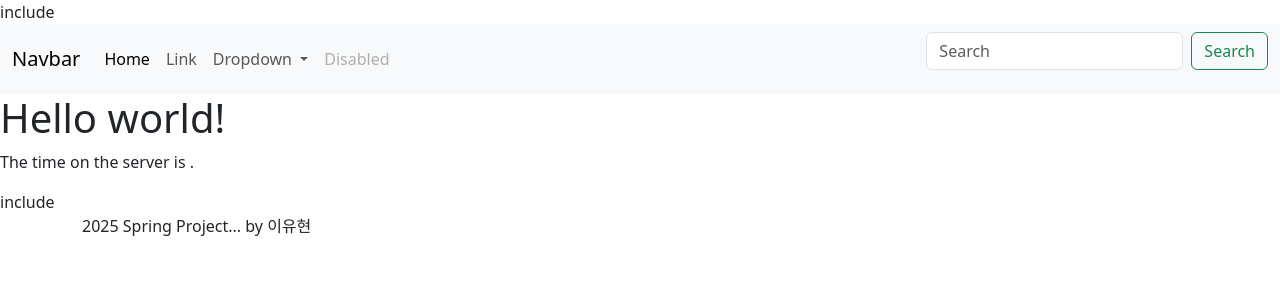
Repository: LeeYouHyeon/6.Spring
Page: http://localhost/spring_project/WEB-INF/views/index.jsp
An editor plug-in stored every save of this project. The page is shown before and after the next save, followed by the edit.
The browser window is 1280 px wide. The pictures show the whole page.
The page is served by Tomcat 9. Nobody is signed in. The template is opened directly, without the code that normally fills it, so the values that code supplies are empty.

Above is the page before, as saved 2025-05-30 06:00:39.

After the next save:
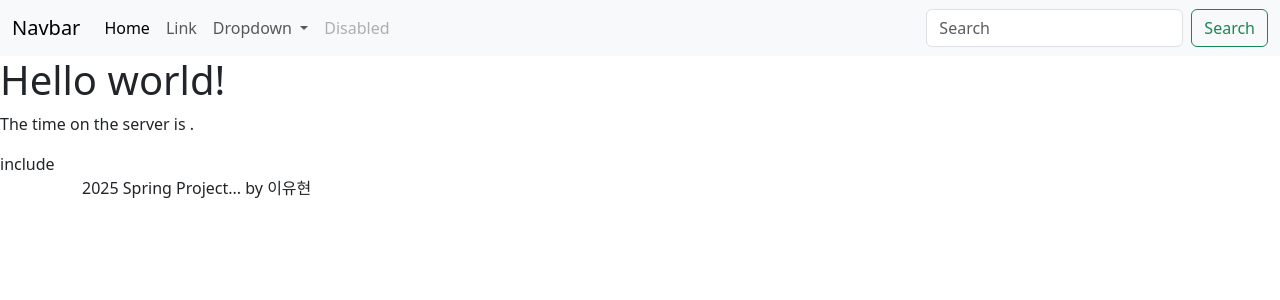
Saved 11 s later.
--- a/spring_project/src/main/webapp/WEB-INF/views/index.jsp
+++ b/spring_project/src/main/webapp/WEB-INF/views/index.jsp
@@ -3,7 +3,7 @@
 <%@ page language="java" contentType="text/html; charset=UTF-8"
 	pageEncoding="UTF-8"%>
 
-include<%@ include file="layout/header.jsp" %>
+<%@ include file="layout/header.jsp" %>
 
 <h1>Hello world!</h1>
 <P>The time on the server is ${serverTime}.</P>
